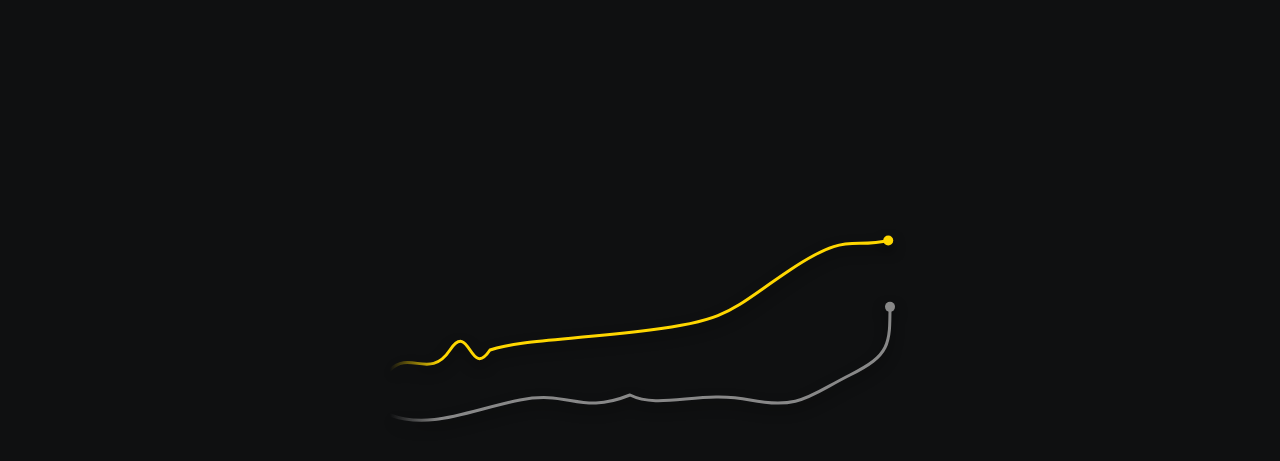
Repository: sujan0629/codelits-studio-new
Page: tesst.html
These files come from the project's save history. The page is drawn as it stood at one moment and after the next save; the edit follows.
The browser window is 1280 px wide. The pictures show the whole page.

Above is the page before, as saved 2025-07-09 19:03:36.

After the next save:
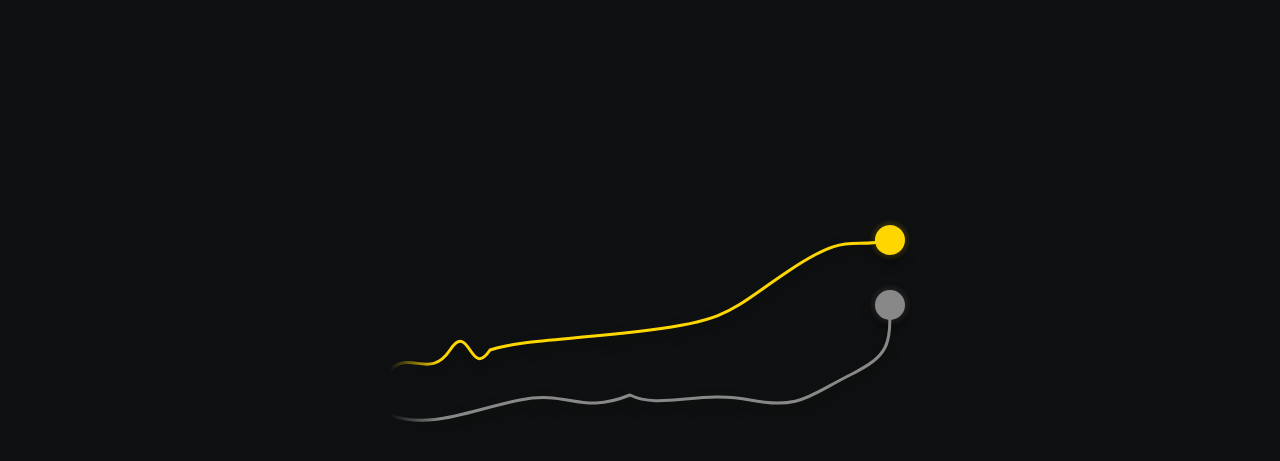
Saved 44 s later.
--- a/tesst.html
+++ b/tesst.html
@@ -3,7 +3,7 @@
 <head>
   <meta charset="UTF-8" />
   <meta name="viewport" content="width=device-width, initial-scale=1" />
-  <title>Graph with Snake Tail Taper Effect - Moving Balls</title>
+  <title>Graph with Snake Tail Taper Effect - Moving Balls as Markers</title>
   <style>
     body {
       margin: 0;
@@ -34,10 +34,12 @@
     .grey-line {
       stroke: url(#greyGradient);
       transform: translateY(45px);
+      marker-end: url(#greyMarker);
     }
 
     .gold-line {
       stroke: url(#goldGradient);
+      marker-end: url(#goldMarker);
     }
 
     @keyframes drawLine {
@@ -45,24 +47,10 @@
         stroke-dashoffset: 0;
       }
     }
-
-    .moving-ball {
-      r: 5;
-    }
-
-    .gold-glow {
-      fill: url(#glowGold);
-      opacity: 0.7;
-    }
-
-    .grey-glow {
-      fill: url(#glowGrey);
-      opacity: 0.7;
-    }
   </style>
 </head>
 <body>
-  <svg viewBox="0 0 600 300">
+  <svg viewBox="0 0 600 300" xmlns="http://www.w3.org/2000/svg">
     <defs>
       <!-- Gradients for glow -->
       <radialGradient id="glowGold" cx="50%" cy="50%" r="50%">
@@ -74,7 +62,7 @@
         <stop offset="100%" stop-color="#888888" stop-opacity="0" />
       </radialGradient>
 
-      <!-- Stroke gradient -->
+      <!-- Stroke gradients -->
       <linearGradient id="goldGradient" x1="0" y1="0" x2="1" y2="0">
         <stop offset="0%" stop-color="#FFD700" stop-opacity="0" />
         <stop offset="10%" stop-color="#FFD700" stop-opacity="1" />
@@ -85,6 +73,17 @@
         <stop offset="10%" stop-color="#888888" stop-opacity="1" />
         <stop offset="100%" stop-color="#888888" stop-opacity="1" />
       </linearGradient>
+
+      <!-- Markers for the tip balls -->
+      <marker id="goldMarker" markerWidth="20" markerHeight="20" refX="10" refY="10" orient="auto" overflow="visible">
+        <circle cx="10" cy="10" r="5" fill="#FFD700" />
+        <circle cx="10" cy="10" r="7" fill="url(#glowGold)" opacity="0.7" />
+      </marker>
+
+      <marker id="greyMarker" markerWidth="20" markerHeight="20" refX="10" refY="10" orient="auto" overflow="visible">
+        <circle cx="10" cy="10" r="5" fill="#888888" />
+        <circle cx="10" cy="10" r="7" fill="url(#glowGrey)" opacity="0.7" />
+      </marker>
     </defs>
 
     <!-- Paths -->
@@ -105,74 +104,6 @@
       S390 100, 450 60
       S510 40, 550 30
     " />
-
-    <!-- Gold ball -->
-    <circle id="goldBall" class="moving-ball" fill="#FFD700" r="5" />
-    <circle id="goldGlow" class="moving-ball gold-glow" r="5" />
-
-    <!-- Grey ball -->
-    <circle id="greyBall" class="moving-ball" fill="#888888" r="5" />
-    <circle id="greyGlow" class="moving-ball grey-glow" r="5" />
   </svg>
-
-  <script>
-    // Remove the old <animateMotion> elements completely and animate manually:
-
-    const greyPath = document.getElementById('greyPath');
-    const goldPath = document.getElementById('goldPath');
-
-    const greyBall = document.getElementById('greyBall');
-    const goldBall = document.getElementById('goldBall');
-    const greyGlow = document.getElementById('greyGlow');
-    const goldGlow = document.getElementById('goldGlow');
-
-    // Get total length of paths
-    const greyLength = greyPath.getTotalLength();
-    const goldLength = goldPath.getTotalLength();
-
-    const duration = 5000; // match your CSS animation duration (5s)
-    let startTime = null;
-
-    function animate(time) {
-      if (!startTime) startTime = time;
-      const elapsed = time - startTime;
-      const progress = Math.min(elapsed / duration, 1);
-
-      // Calculate current dashoffset for the paths (stroke-dashoffset animates from length -> 0)
-      const greyDashOffset = greyLength * (1 - progress);
-      const goldDashOffset = goldLength * (1 - progress);
-
-      // Update stroke-dashoffset style to sync with CSS animation
-      greyPath.style.strokeDashoffset = greyDashOffset;
-      goldPath.style.strokeDashoffset = goldDashOffset;
-
-      // Calculate ball positions at tip of visible line (dasharray - dashoffset)
-      const greyPoint = greyPath.getPointAtLength(greyLength - greyDashOffset);
-      const goldPoint = goldPath.getPointAtLength(goldLength - goldDashOffset);
-
-      // The grey line has a translateY(45px) transform, so add 45px Y to grey balls:
-      greyBall.setAttribute('cx', greyPoint.x);
-      greyBall.setAttribute('cy', greyPoint.y + 45);
-      greyGlow.setAttribute('cx', greyPoint.x);
-      greyGlow.setAttribute('cy', greyPoint.y + 45);
-
-      goldBall.setAttribute('cx', goldPoint.x);
-      goldBall.setAttribute('cy', goldPoint.y);
-      goldGlow.setAttribute('cx', goldPoint.x);
-      goldGlow.setAttribute('cy', goldPoint.y);
-
-      if (progress < 1) {
-        requestAnimationFrame(animate);
-      }
-    }
-
-    // Initialize stroke dasharray and dashoffset for the paths (to sync with CSS)
-    greyPath.style.strokeDasharray = greyLength;
-    greyPath.style.strokeDashoffset = greyLength;
-    goldPath.style.strokeDasharray = goldLength;
-    goldPath.style.strokeDashoffset = goldLength;
-
-    requestAnimationFrame(animate);
-  </script>
 </body>
 </html>
